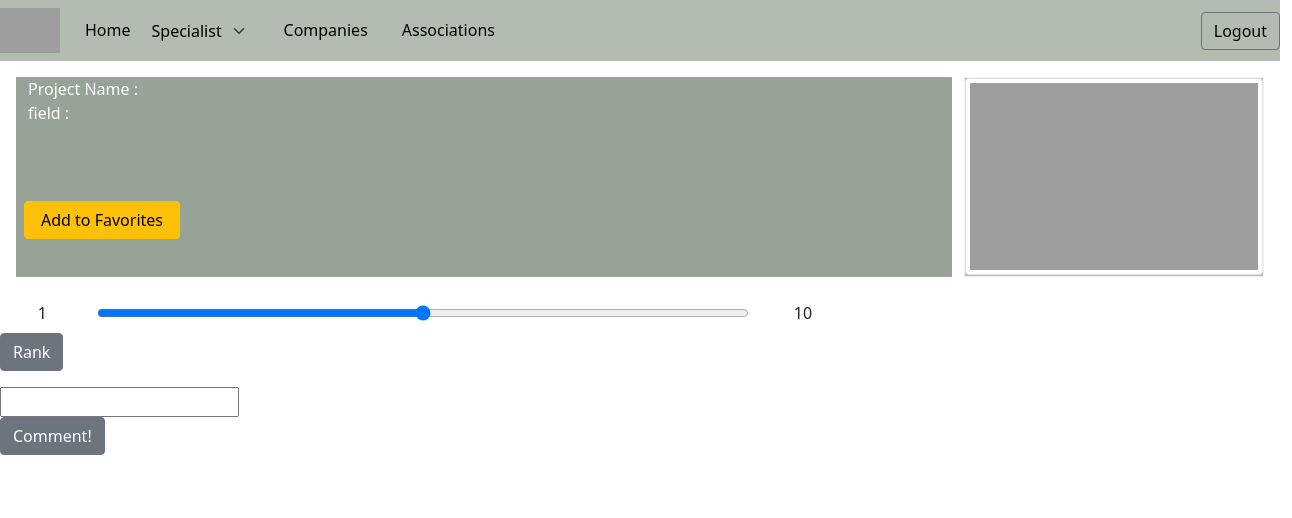
Repository: ahmadjamal-1997/Project-Taqadam
Page: http://localhost/Taqadam/WEB-INF/projectDetails.jsp
These files come from the project's save history. The page is drawn as it stood at one moment and after the next save; the edit follows.
The browser window is 1280 px wide. The page is 1292 px wide, so the pictures cover 1292 px, including what lies to the right of the window. The pictures show the whole page.
Pictures or frames that could not be fetched are drawn as grey boxes. The page is served by Tomcat 9. Nobody is signed in. The template is opened directly, without the code that normally fills it, so the values that code supplies are empty.

Above is the page before, as saved 2022-04-01 23:54:31.

After the next save:
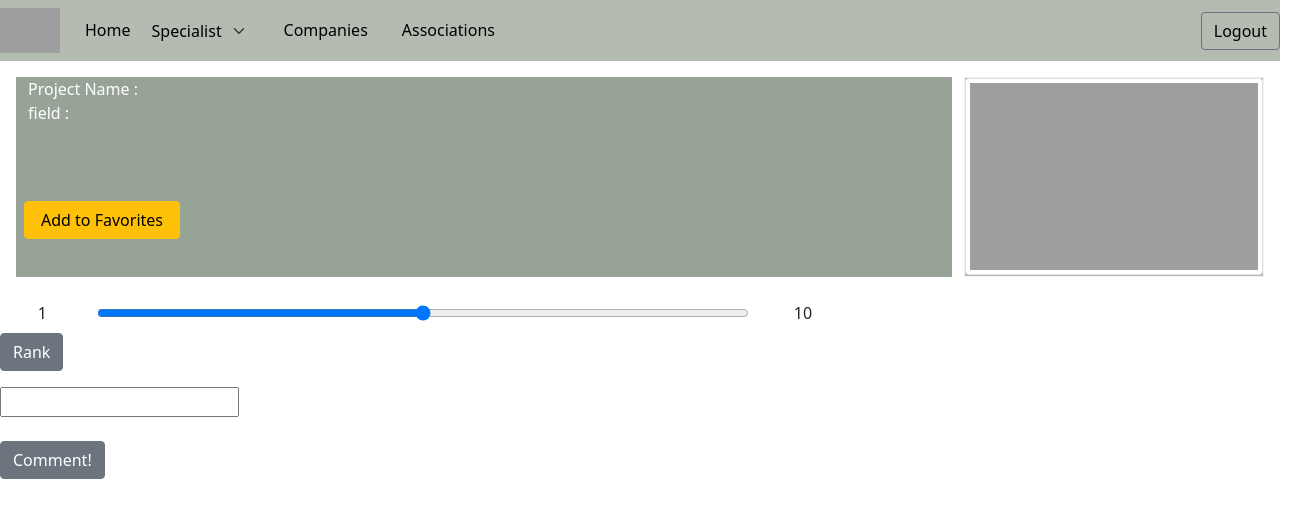
Saved 19 s later.
--- a/Taqadam-new/Taqadam-java/Taqadam-new/Taqadam/src/main/webapp/WEB-INF/projectDetails.jsp
+++ b/Taqadam-new/Taqadam-java/Taqadam-new/Taqadam/src/main/webapp/WEB-INF/projectDetails.jsp
@@ -230,7 +230,7 @@
                                     		<div class="col-2 mb-2  d-flex justify-content-start align-items-center">
                                  <form action="/comment/${thisProject.id }" method="POST">
                           			 <span><input name="comment">
-                            		<input type="submit" class="btn btn-secondary" value="Comment!"/></span>
+                            		<input type="submit" class="btn btn-secondary mt-4" value="Comment!"/></span>
                            		</form>
                            </div>
                                </div>
